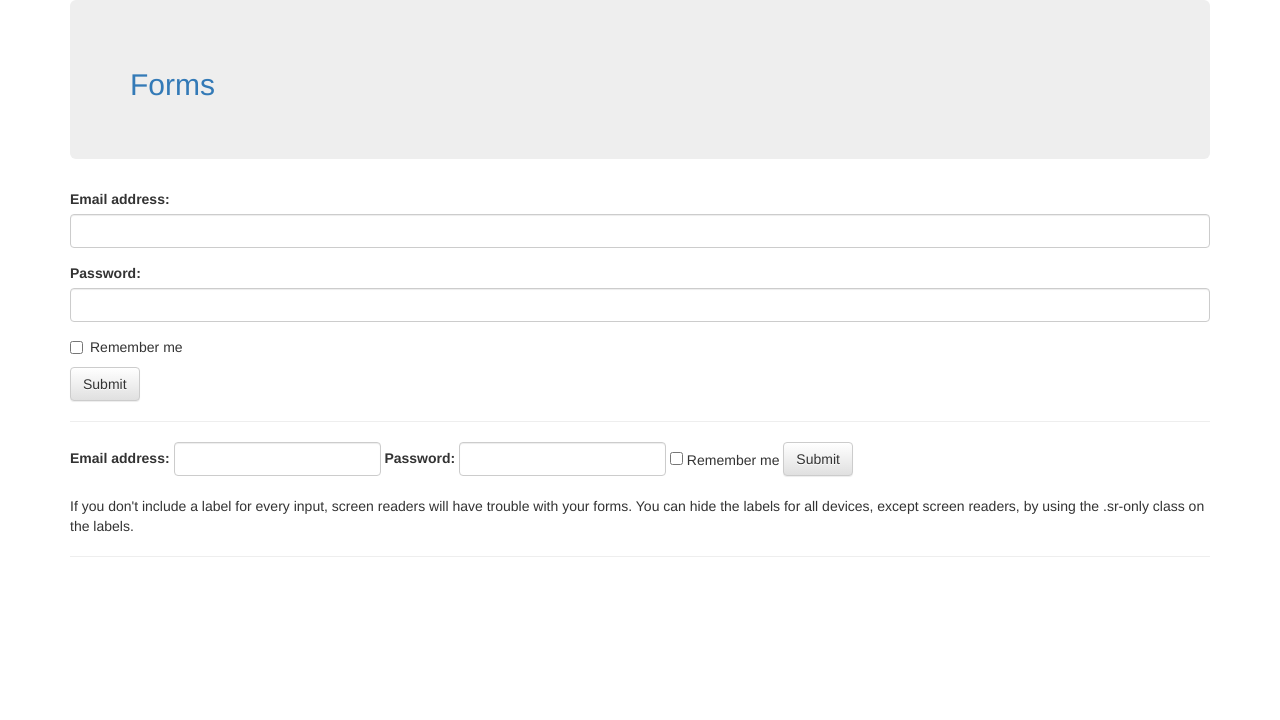
Repository: jksfoTemp/html-css-js
Page: -HTML5/bootstrap/forms.html
The author's editor kept a record of every edit. The page is drawn from the files as they stood at one moment, then again after the next edit.
The browser window is 1280 px wide. The pictures show the whole page.
Some web libraries are served in a nearby version.

Above is the page before.

### -HTML5/bootstrap/forms.html
<!DOCTYPE html>
<html lang="en">

<head>
    <title>Bootstrap - Forms</title>
    <meta charset="utf-8">
    <meta name="viewport" content="width=device-width, initial-scale=1">

    <!-- <link rel="stylesheet" href="http://reset5.googlecode.com/hg/reset.min.css"> -->

    <!-- Latest compiled and minified CSS -->
    <link rel="stylesheet" href="https://maxcdn.bootstrapcdn.com/bootstrap/3.3.2/css/bootstrap.min.css">

    <!-- Optional theme -->
    <link rel="stylesheet" href="https://maxcdn.bootstrapcdn.com/bootstrap/3.3.2/css/bootstrap-theme.min.css">

    <script src="https://code.jquery.com/jquery-2.1.3.min.js"></script>

    <!-- Latest compiled and minified JavaScript -->
    <script src="https://maxcdn.bootstrapcdn.com/bootstrap/3.3.2/js/bootstrap.min.js">
    </script>

</head>

<body>
    <div class="container">
        <div class="jumbotron ">
            <h2><a href="http://www.w3schools.com/bootstrap/bootstrap_forms.asp">Forms</a></h2>
        </div>

<form role="form">
  <div class="form-group">
    <label for="email">Email address:</label>
    <input type="email" class="form-control" id="email">
  </div>
  <div class="form-group">
    <label for="pwd">Password:</label>
    <input type="password" class="form-control" id="pwd">
  </div>
  <div class="checkbox">
    <label><input type="checkbox"> Remember me</label>
  </div>
  <button type="submit" class="btn btn-default">Submit</button>
</form>

<hr />
<form class="form-inline" role="form">
  <div class="form-group">
    <label for="email">Email address:</label>
    <input type="email" class="form-control" id="email">
  </div>
  <div class="form-group">
    <label for="pwd">Password:</label>
    <input type="password" class="form-control" id="pwd">
  </div>
  <div class="checkbox">
    <label><input type="checkbox"> Remember me</label>
  </div>
  <button type="submit" class="btn btn-default">Submit</button>
</form>
<br />

If you don't include a label for every input, screen readers will have trouble with your forms. You can hide the labels for all devices, except screen readers, by using the .sr-only class on the labels.

<hr />

    </div>

</body>

</html>

After the next edit:
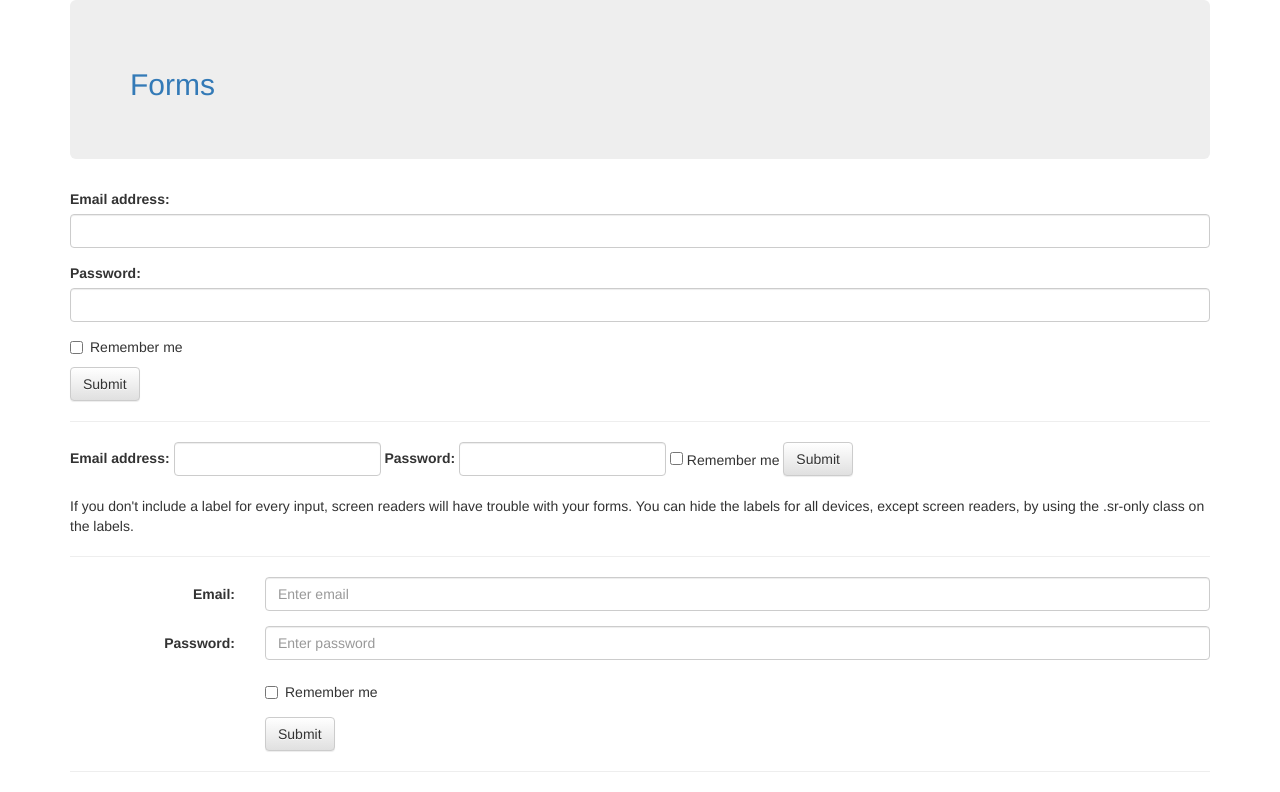
The edit:
--- a/-HTML5/bootstrap/forms.html
+++ b/-HTML5/bootstrap/forms.html
@@ -28,41 +28,71 @@
             <h2><a href="http://www.w3schools.com/bootstrap/bootstrap_forms.asp">Forms</a></h2>
         </div>
 
-<form role="form">
-  <div class="form-group">
-    <label for="email">Email address:</label>
-    <input type="email" class="form-control" id="email">
-  </div>
-  <div class="form-group">
-    <label for="pwd">Password:</label>
-    <input type="password" class="form-control" id="pwd">
-  </div>
-  <div class="checkbox">
-    <label><input type="checkbox"> Remember me</label>
-  </div>
-  <button type="submit" class="btn btn-default">Submit</button>
-</form>
+        <form role="form">
+            <div class="form-group">
+                <label for="email">Email address:</label>
+                <input type="email" class="form-control" id="email0">
+            </div>
+            <div class="form-group">
+                <label for="pwd">Password:</label>
+                <input type="password" class="form-control" id="pwd">
+            </div>
+            <div class="checkbox">
+                <label>
+                    <input type="checkbox"> Remember me</label>
+            </div>
+            <button type="submit" class="btn btn-default">Submit</button>
+        </form>
 
-<hr />
-<form class="form-inline" role="form">
-  <div class="form-group">
-    <label for="email">Email address:</label>
-    <input type="email" class="form-control" id="email">
-  </div>
-  <div class="form-group">
-    <label for="pwd">Password:</label>
-    <input type="password" class="form-control" id="pwd">
-  </div>
-  <div class="checkbox">
-    <label><input type="checkbox"> Remember me</label>
-  </div>
-  <button type="submit" class="btn btn-default">Submit</button>
-</form>
-<br />
+        <hr />
+        <form class="form-inline" role="form">
+            <div class="form-group">
+                <label for="email">Email address:</label>
+                <input type="email" class="form-control" id="email">
+            </div>
+            <div class="form-group">
+                <label for="pwd">Password:</label>
+                <input type="password" class="form-control" id="pwd">
+            </div>
+            <div class="checkbox">
+                <label>
+                    <input type="checkbox"> Remember me</label>
+            </div>
+            <button type="submit" class="btn btn-default">Submit</button>
+        </form>
+        <br /> If you don't include a label for every input, screen readers will have trouble with your forms. You can hide the labels for all devices, except screen readers, by using the .sr-only class on the labels.
 
-If you don't include a label for every input, screen readers will have trouble with your forms. You can hide the labels for all devices, except screen readers, by using the .sr-only class on the labels.
+        <hr />
 
-<hr />
+        <form class="form-horizontal" role="form">
+            <div class="form-group">
+                <label class="control-label col-sm-2" for="email">Email:</label>
+                <div class="col-sm-10">
+                    <input type="email" class="form-control" id="email" placeholder="Enter email">
+                </div>
+            </div>
+            <div class="form-group">
+                <label class="control-label col-sm-2" for="pwd">Password:</label>
+                <div class="col-sm-10">
+                    <input type="password" class="form-control" id="pwd" placeholder="Enter password">
+                </div>
+            </div>
+            <div class="form-group">
+                <div class="col-sm-offset-2 col-sm-10">
+                    <div class="checkbox">
+                        <label>
+                            <input type="checkbox"> Remember me</label>
+                    </div>
+                </div>
+            </div>
+            <div class="form-group">
+                <div class="col-sm-offset-2 col-sm-10">
+                    <button type="submit" class="btn btn-default">Submit</button>
+                </div>
+            </div>
+        </form>
+
+        <hr />
 
     </div>
 
